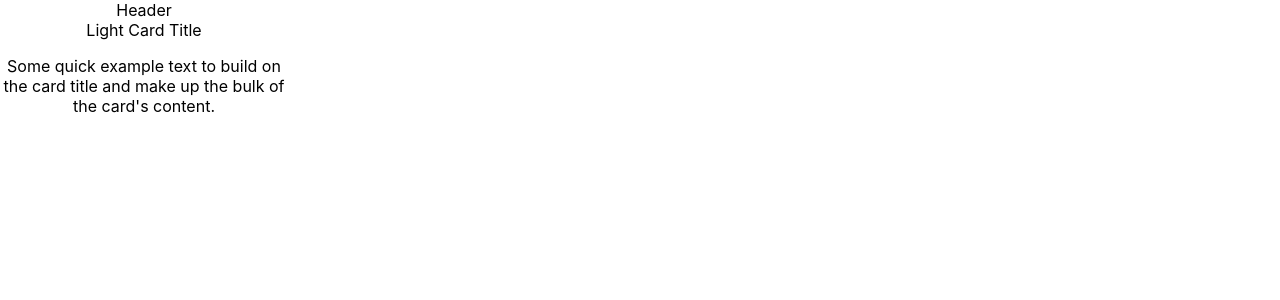
Repository: vakharia5/Preview
Page: /
The author's editor kept a copy of each file at every save. The page is drawn from the files as they stood at one save, then again after the next save.
The browser window is 1280 px wide. The pictures show the whole page.
The project was rebuilt for these pictures with package versions that can differ from the ones it lists, and the page was loaded fresh each time.

Above is the page before, as saved 2020-06-22 12:52:52.

### src/App.js
import React from 'react';
import logo from './logo.svg';
import './App.css';
import CardList from './components/CardList';

function App() {
  return (
    <div className="App">
    <CardList/>

    </div>
  );
}

export default App;

### src/components/CardList.js
import React, { Component } from 'react'
import {Card} from 'react-bootstrap';

class CardList extends Component {
    render() {
        return (
   <div>


        <Card border="light" style={{ width: '18rem' }}>
          <Card.Header>Header</Card.Header>
          <Card.Body>
            <Card.Title>Light Card Title</Card.Title>
            <Card.Text>
              Some quick example text to build on the card title and make up the bulk
              of the card's content.
            </Card.Text>
          </Card.Body>
        </Card>
        <br />
      </div>
        )
        }
}
export default CardList

Loaded but not shown: src/index.js (common file); src/index.css (common file); src/serviceWorker.js (common file); src/App.css (common file)

After the next save:
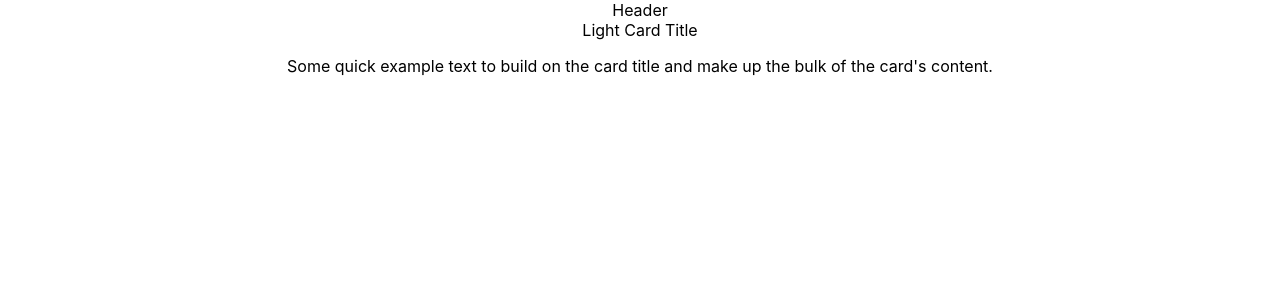
Saved 9 s later.
--- a/src/components/CardList.js
+++ b/src/components/CardList.js
@@ -7,7 +7,7 @@
    <div>
 
 
-        <Card border="light" style={{ width: '18rem' }}>
+        <Card border="light" >
           <Card.Header>Header</Card.Header>
           <Card.Body>
             <Card.Title>Light Card Title</Card.Title>

After the save that followed:
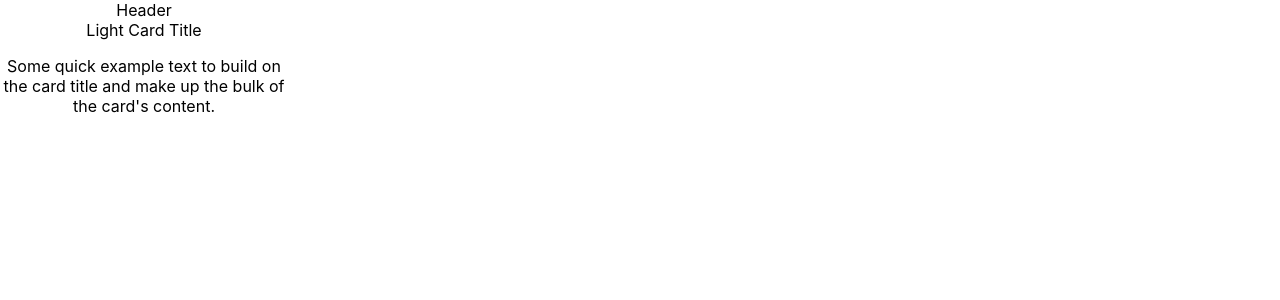
Saved 5 s later.
--- a/src/components/CardList.js
+++ b/src/components/CardList.js
@@ -7,7 +7,7 @@
    <div>
 
 
-        <Card border="light" >
+        <Card border="light" style={{ width: '18rem' }}>
           <Card.Header>Header</Card.Header>
           <Card.Body>
             <Card.Title>Light Card Title</Card.Title>
